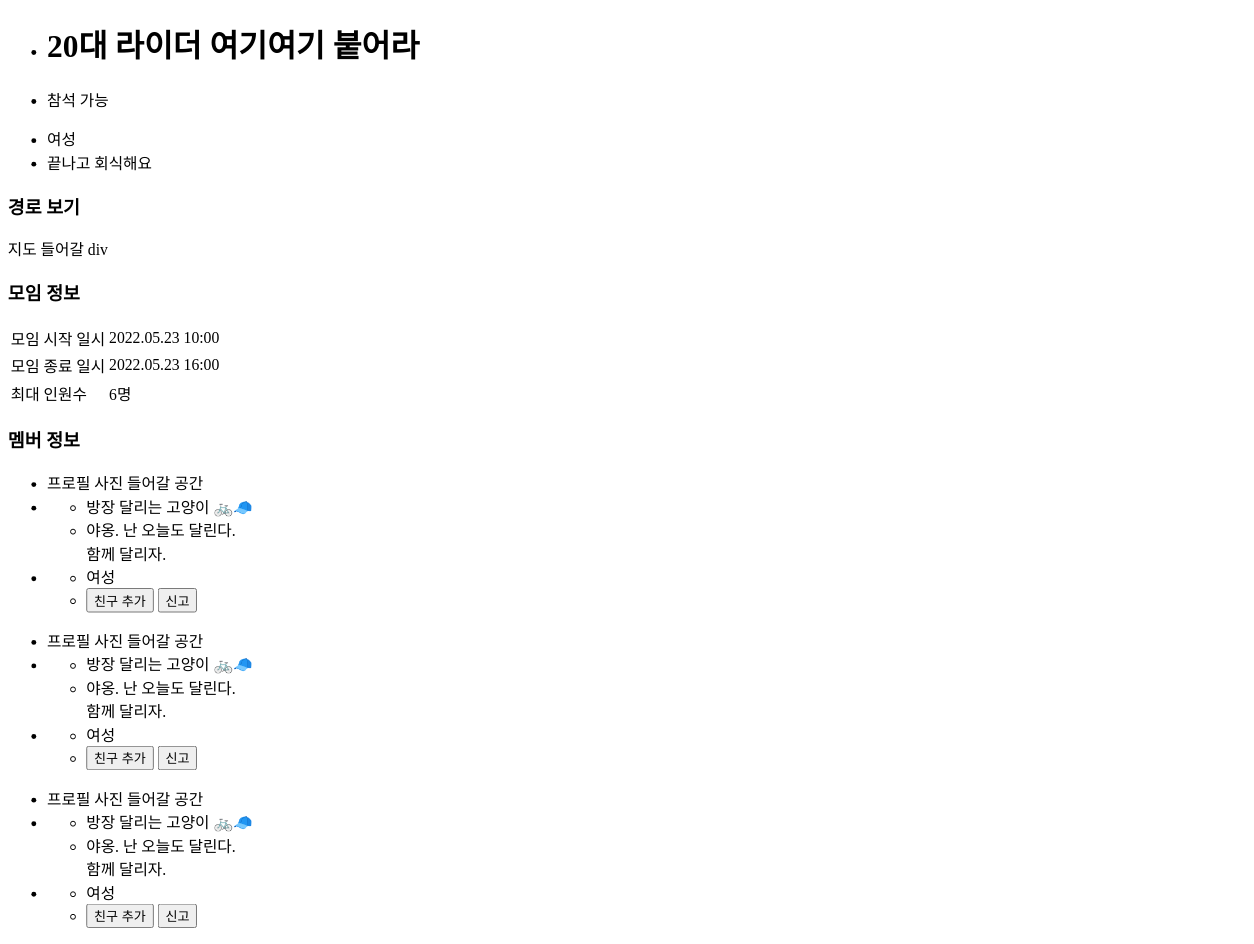
Repository: onpul/TEAM1
Page: http://localhost/Riding/mj/RidingDetail.jsp
These files come from the project's save history. The page is drawn as it stood at one moment and after the next save; the edit follows.
The browser window is 1280 px wide. The pictures show the whole page, at 98% of full size.
The page is served by Tomcat 9. Other server files are loaded and not shown.

Above is the page before, as saved 2022-06-04 11:01:28.

### Riding/WebContent/mj/RidingDetail.jsp
<%@ page contentType="text/html; charset=UTF-8"%>
<%
	request.setCharacterEncoding("UTF-8");
	String cp = request.getContextPath();
%>
<!DOCTYPE html>
<html>
<head>
<meta charset="UTF-8">
<title>Insert title here</title>
</head>
<body>
<div>
	<ul>
		<li><h1>20대 라이더 여기여기 붙어라</h1></li>
		<li>참석 가능</li>
	</ul>
	<ul>
		<li>여성</li>
		<li>끝나고 회식해요</li>
	</ul>

	<div>
		<h3>경로 보기</h3>
		<div>지도 들어갈 div</div>
	</div>

	<div>
		<h3>모임 정보</h3>
		<table>
			<tr>
				<td>모임 시작 일시</td>
				<td>2022.05.23 10:00</td>
			</tr>
			<tr>
				<td>모임 종료 일시</td>
				<td>2022.05.23 16:00</td>
			</tr>
			<tr>
				<td>최대 인원수</td>
				<td>6명</td>
			</tr>
		</table>
	</div>

	<div>
		<h3>멤버 정보</h3>
		<!-- 사용자 프로필 -->
		<div>
			<ul>
				<li>프로필 사진 들어갈 공간</li>
				<li>
					<ul>
						<li>방장 달리는 고양이 🚲🧢</li>
						<li>야옹. 난 오늘도 달린다. <br>함께 달리자.</li>
					</ul>
				</li>
				<li>
					<ul>
						<li>여성</li>
						<li><input type="button" value="친구 추가"/> <input type="button" value="신고"/></li>
					</ul>
				</li>
			</ul>
		</div>
		<div>
			<ul>
				<li>프로필 사진 들어갈 공간</li>
				<li>
					<ul>
						<li>방장 달리는 고양이 🚲🧢</li>
						<li>야옹. 난 오늘도 달린다. <br>함께 달리자.</li>
					</ul>
				</li>
				<li>
					<ul>
						<li>여성</li>
						<li><input type="button" value="친구 추가"/> <input type="button" value="신고"/></li>
					</ul>
				</li>
			</ul>
		</div>
		<div>
			<ul>
				<li>프로필 사진 들어갈 공간</li>
				<li>
					<ul>
						<li>방장 달리는 고양이 🚲🧢</li>
						<li>야옹. 난 오늘도 달린다. <br>함께 달리자.</li>
					</ul>
				</li>
				<li>
					<ul>
						<li>여성</li>
						<li><input type="button" value="친구 추가"/> <input type="button" value="신고"/></li>
					</ul>
				</li>
			</ul>
		</div>
	</div>
</div>
</body>
</html>

After the next save:
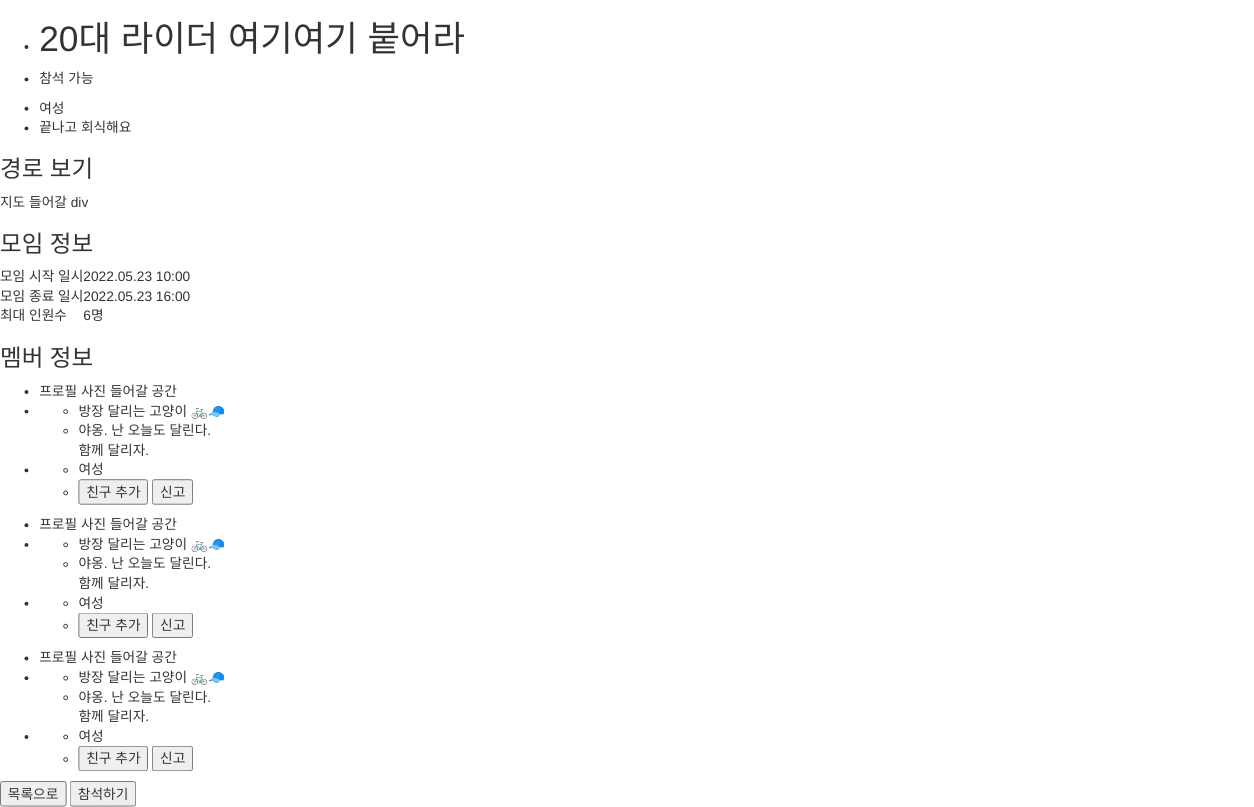
Saved 35 s later.
--- a/Riding/WebContent/mj/RidingDetail.jsp
+++ b/Riding/WebContent/mj/RidingDetail.jsp
@@ -7,7 +7,18 @@
 <html>
 <head>
 <meta charset="UTF-8">
-<title>Insert title here</title>
+<title>RidingDetail.jsp</title>
+<!-- 제이쿼리 -->
+<script src="https://ajax.googleapis.com/ajax/libs/jquery/3.3.1/jquery.min.js"></script>
+
+<!-- 합쳐지고 최소화된 최신 CSS -->
+<link rel="stylesheet" href="https://maxcdn.bootstrapcdn.com/bootstrap/3.3.2/css/bootstrap.min.css">
+
+<!-- 부가적인 테마 -->
+<link rel="stylesheet" href="https://maxcdn.bootstrapcdn.com/bootstrap/3.3.2/css/bootstrap-theme.min.css">
+
+<!-- 합쳐지고 최소화된 최신 자바스크립트 -->
+<script src="https://maxcdn.bootstrapcdn.com/bootstrap/3.3.2/js/bootstrap.min.js"></script>
 </head>
 <body>
 <div>
@@ -97,6 +108,10 @@
 				</li>
 			</ul>
 		</div>
+
+		<div>
+			<input type="button" value="목록으로"/> <input type="button" value="참석하기"/>
+		</div>
 	</div>
 </div>
 </body>
